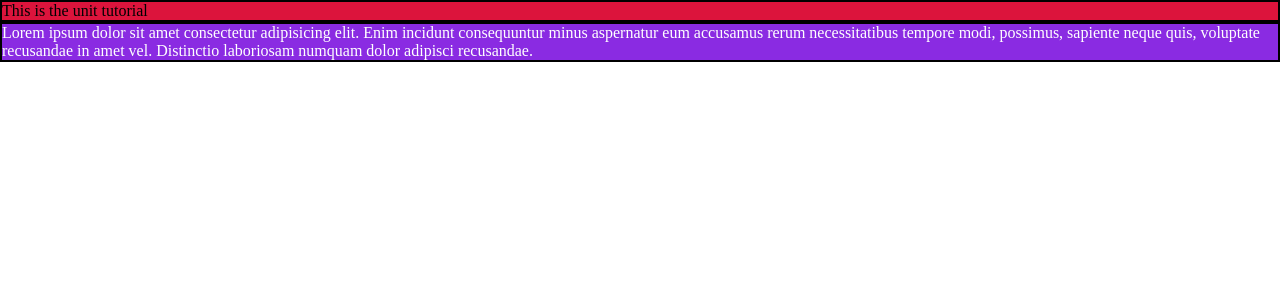
Repository: diensy/Web_dev
Page: Css/Units/units.html
These files come from the project's save history. The page is drawn as it stood at one moment and after the next save; the edit follows.
The browser window is 1280 px wide. The pictures show the whole page.

Above is the page before, as saved 2024-05-23 22:20:22.

After the next save:
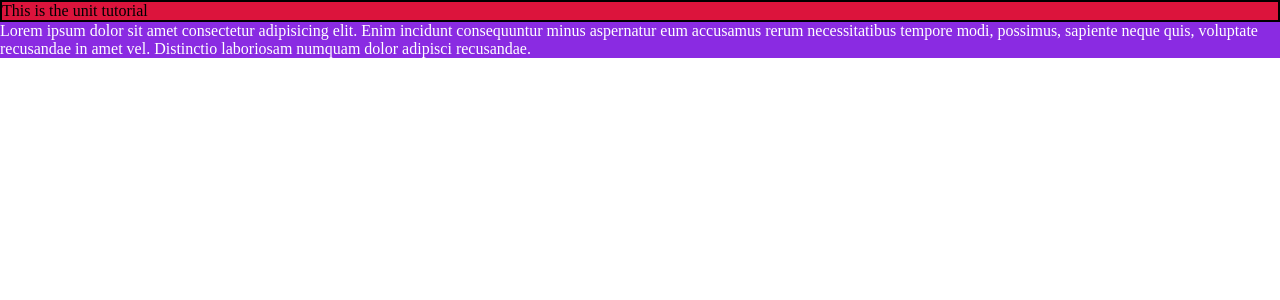
Saved 8 s later.
--- a/Css/Units/units.css
+++ b/Css/Units/units.css
@@ -13,5 +13,5 @@ p {
 #para{
     color: white;
     background-color: blueviolet;
-
+    border: 2px ;
 }

After the 3 saves that followed:
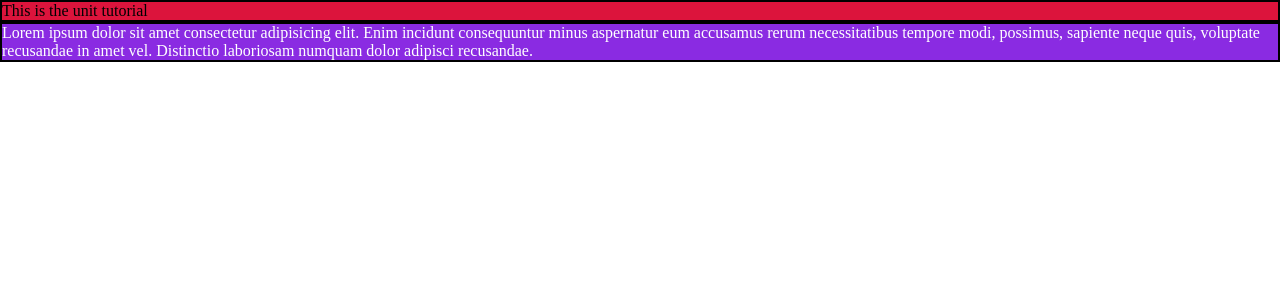
The 3 saves are shown as one change because they came seconds apart.
The last was saved 12 s later.
--- a/Css/Units/units.css
+++ b/Css/Units/units.css
@@ -13,5 +13,5 @@ p {
 #para{
     color: white;
     background-color: blueviolet;
-    border: 2px ;
+    border: 2px solid blc;
 }
